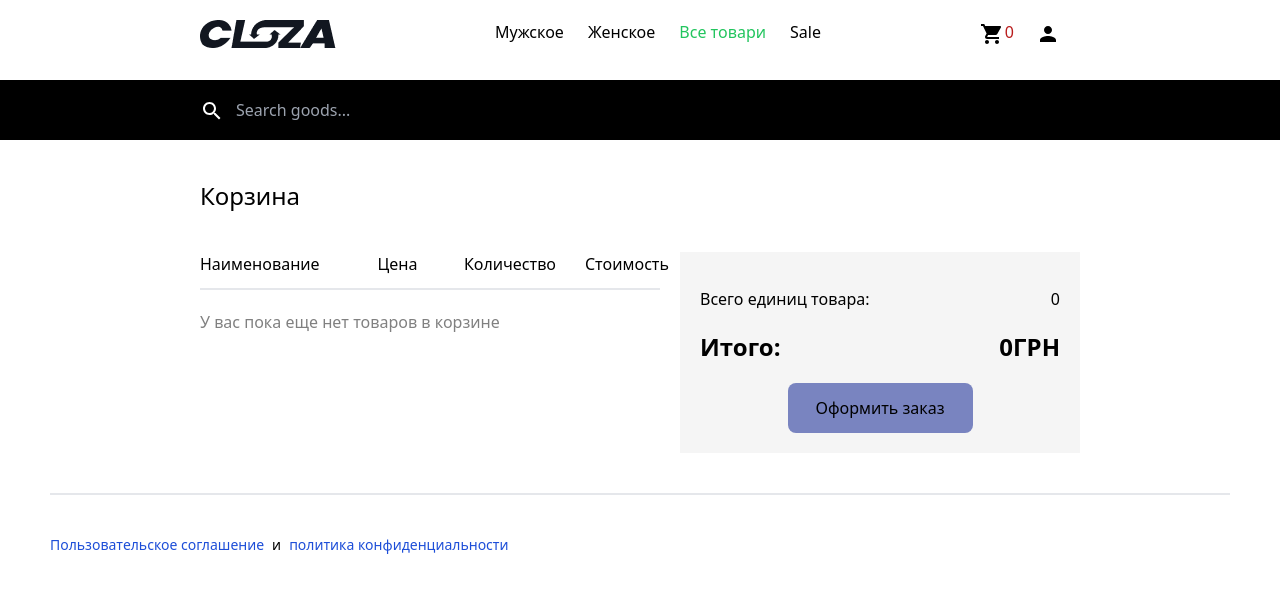
Repository: Ivan-Dovgoniuk/clothes-shop-front-end
Page: /cart
The author's editor kept a copy of each file at every save. The page is drawn from the files as they stood at one save, then again after the next save.
The browser window is 1280 px wide. The pictures show the whole page.
The page's requests for data from a server got no answer. The project was rebuilt for these pictures with package versions that can differ from the ones it lists, and the page was loaded fresh each time. No one was signed in, and anything a server would have sent is missing. Also part of the build but not shown: src/hooks/checkProductStatus.hook.ts, src/hooks/productStatusEditor.hook.ts, src/Components/ProductItem/ProductItem.tsx, src/Pages/ProductPage/components/Products/Products.tsx, src/Pages/CategoriesPage/components/ResetButton/ResetButton.tsx, src/Pages/CategoriesPage/components/SideBarFilters/Filters/CategoryFilter.tsx, src/Pages/CategoriesPage/components/SideBarFilters/Filters/ColorFilter.tsx, src/Pages/CategoriesPage/components/SideBarFilters/Filters/PriceFilter.tsx and 22 more.

Above is the page before, as saved 2023-01-18 21:50:31.

### src/App.tsx
import Footer from './Components/Footer/Footer';
import Header from './Components/Header/Header';
import Categories from './Pages/CategoriesPage/Categories';
import Home from './Pages/HomePage/Home';
import ProductPage from './Pages/ProductPage/ProductPage';
import Cart from './Pages/CartPage/Cart'

import { Routes, Route } from 'react-router-dom';
import AddProductPage from './Pages/AddProductPage/AddProductPage';
import { useEffect} from 'react';
import { useDispatch, useSelector } from 'react-redux';
import { AppDispatch, RootState } from './store';
import { getUser } from './slices/userSlice';
import { useAddFullCartMutation} from './api/userApi';
import { AuthController } from './HOC/AuthController';
import FavoriteProducts from './Pages/FavoriteProductsPage/FavoriteProducts';



function App() {

    const auth = useSelector((state:RootState)=>state.user.auth)
    const dispatch = useDispatch<AppDispatch>();
    const cart = useSelector((state:RootState)=>state.user.cart)

    const [addFullCart] = useAddFullCartMutation()


    useEffect(()=>{
      if(auth){
        dispatch(getUser())
        if(cart.length !==0){
          addFullCart({products_id:cart})
        }
      }
    },[auth])

  return (
    <>
      <Header/>
      <Routes>
        <Route path='/' element={<Home/>}/>
        <Route path='/categories' element={<Categories/>}/>
        <Route path='/product/:id' element={<ProductPage/>}/>
        <Route path='/cart' element={

                  <AuthController>
                      <Cart/>
                  </AuthController>
        }/>
        <Route path='/addproduct' element={<AddProductPage/>}/>
        <Route path='/favorite' element={<FavoriteProducts/>}/>
      </Routes>
      <Footer/>
    </>

  );
}

export default App;

### src/store/index.ts
import { configureStore } from '@reduxjs/toolkit';
import  products  from '../slices/productsSlice';
import  user  from '../slices/userSlice';
import { productsApi } from '../api/productsApi';
import { userApi } from '../api/userApi';

export type RootState = ReturnType<typeof store.getState>
export type AppDispatch = typeof store.dispatch

const store = configureStore({
    reducer: {products,user,[productsApi.reducerPath]: productsApi.reducer,[userApi.reducerPath]: userApi.reducer},
    middleware: getDefaultMiddleware => getDefaultMiddleware().concat(productsApi.middleware).concat(userApi.middleware),
})
export default store;

### src/Components/Footer/Footer.tsx
import React from 'react'
import { Link } from 'react-router-dom'

export default function Footer() {
  return (
    <div className='container'>
        <p className='mt-10 border-t-2 pt-10 text-xs sm:text-sm mb-10'>
            <span className='mr-2  text-blue-700'>
                <Link to="">
                    Пользовательское соглашение
                </Link>
            </span>
            <span>
                и
                <Link to="" className='ml-2 text-blue-700' >
                  политика конфиденциальности
                </Link>
            </span>
        </p>
    </div>
  )
}

### src/Pages/CartPage/Cart.tsx
import React, { useEffect, useState } from 'react'
import { useSelector } from 'react-redux'
import BreadCrumbs from '../../Components/BreadCrumbs/BreadCrumbs'
import CartItem from './components/CartItem/CartItem'
import { RootState } from '../../store'

export default function Cart() {

    const cart = useSelector((state:RootState)=> state.user.cart)
    const [numberOfProducts,setNumberOfProducts] = useState<number>(0)
    const [totalPrice,setTotalPrice] = useState<number>(0)

    useEffect(()=>{
        setNumberOfProducts(cart.length)
    },[cart.length])


  return (
    <>
        <section className='container lg:px-[200px] mt-10'>
            <div>
                <h2 className='font-normal text-2xl mb-10'>
                    Корзина
                </h2>
            </div>
           <div className="flex flex-col lg:flex-row lg:justify-between gap-5">
                <div className='w-full'>
                    <div className="hidden lg:flex border-b-2 justify-between mb-5 pb-3">
                        <p className='max-w-[325px] w-full'>Наименование</p>
                        <p className='max-w-[75px] w-full text-center'>Цена</p>
                        <p className='max-w-[150px] w-full text-center'>Количество</p>
                        <p className='max-w-[75px] w-full text-center'>Стоимость</p>
                    </div>
                    <div>
                        {
                          cart.length ? cart.map((id)=>{
                                if(id){
                                    return <CartItem key={id}
                                                     setNumberOfProducts={setNumberOfProducts}
                                                     product_id={id}
                                                     setTotalPrice={setTotalPrice}
                                                     totalPrice={totalPrice}
                                                     />
                                }
                            })
                            :
                            <p style={{color:'grey'}}>У вас пока еще нет товаров в корзине</p>
                        }
                    </div>
                </div>
                <div className="flex flex-col gap-5 max-w-[400px] w-full pt-[35px] px-5 bg-[WhiteSmoke]">
                    <div className="flex justify-between">
                        <p>Всего единиц товара:</p>
                        <p>{numberOfProducts}</p>
                    </div>
                    <div className="flex justify-between font-bold text-2xl">
                        <p>Итого:</p>
                        <p>{totalPrice}ГРН</p>
                    </div>
                    <div className="flex justify-center mb-5">
                        <button className='w-[185px] h-[50px] bg-[#7984C0] rounded-lg'>
                            Оформить заказ
                        </button>
                    </div>
                </div>
           </div>
        </section>
    </>

  )
}

### src/api/userApi.tsx
import { createApi, fetchBaseQuery } from '@reduxjs/toolkit/query/react'

export const userApi = createApi({
  reducerPath: 'userApi',
  baseQuery: fetchBaseQuery({ baseUrl: 'http://localhost:5000/' }),
  endpoints: (builder) => ({
    sendToCart: builder.mutation({
      query: (body) => ({
        url: '/addToCart',
        method: 'POST',
        body,
        headers:{
          'Content-Type':'application/json',
          "Authorization":`Bearer ${localStorage.getItem('token')}`
        },
      }),
  }),
  deleteFromCart: builder.mutation({
    query: (body) => ({
      url: '/removeFromCart',
      method: 'POST',
      body,
      headers:{
        'Content-Type':'application/json',
        "Authorization":`Bearer ${localStorage.getItem('token')}`
      },
    }),
  }),
  removeFullCart: builder.mutation({
    query: (body) => ({
      url: '/removeFullCart',
      method: 'POST',
      body,
      headers:{
        'Content-Type':'application/json',
        "Authorization":`Bearer ${localStorage.getItem('token')}`
      },
    }),
  }),
  addFullCart: builder.mutation({
    query: (body) => ({
      url: '/addFullCart',
      method: 'POST',
      body,
      headers:{
        'Content-Type':'application/json',
        "Authorization":`Bearer ${localStorage.getItem('token')}`
      },
    }),
  }),
  addToFavoriteProducts: builder.mutation({
    query: (body) => ({
      url: '/addFavoriteProduct',
      method: 'POST',
      body,
      headers:{
        'Content-Type':'application/json',
        "Authorization":`Bearer ${localStorage.getItem('token')}`
      },
    }),
  }),
  deleteFromFavoriteProducts: builder.mutation({
    query: (body) => ({
      url: '/removeFromFavorite',
      method: 'POST',
      body,
      headers:{
        'Content-Type':'application/json',
        "Authorization":`Bearer ${localStorage.getItem('token')}`
      },
    }),
  }),
  getFavorite: builder.query<any,{products_id:string[]}>({
    query: (arg) => ({
      url:`/getFavorite?products_id=${arg.products_id}`,
      headers:{
        'Content-Type':'application/json',
        "Authorization":`Bearer ${localStorage.getItem('token')}`
      }
    })
  })
})
})
export const {
  useSendToCartMutation,
  useDeleteFromCartMutation,
  useAddFullCartMutation,
  useRemoveFullCartMutation,
  useAddToFavoriteProductsMutation,
  useDeleteFromFavoriteProductsMutation,
  useGetFavoriteQuery
} = userApi;

### src/HOC/AuthController.tsx
import {FC, ReactNode} from 'react'
import { useSelector } from 'react-redux'
import { Navigate} from 'react-router-dom'
import { RootState } from '../store'

type AuthControllerProps = {
    children:ReactNode
}

export const AuthController:FC<AuthControllerProps> = ({children}) => {

    const auth = useSelector((state:RootState)=>state.user.auth)

    if(!auth){
        return <Navigate to='/'/>
    }

    return <>{children}</>
}

### src/slices/productsSlice.ts

import {createSlice} from "@reduxjs/toolkit";

type InitialState ={
    gender:string,
    sale:boolean
    searchField:string,
    category:string
}

 const initialState:InitialState = {
    gender:'',
    sale:false,
    searchField:'',
    category:''
}

const productsSlice = createSlice({
    name: 'products',
    initialState,
    reducers: {
        selectGender:(state,action:{payload:string})=>{
            state.gender = action.payload;
       },
       selectSale:(state,action:{payload:boolean})=>{
        state.sale = action.payload;
       },
       setSearchFieldGlobalState:(state,action:{payload:string})=>{
        state.searchField = action.payload;
       },
       setCategoryGlobalState:(state,action:{payload:string})=>{
        state.category = action.payload;
       },

    }
});

const {actions,reducer} = productsSlice;

export default reducer;
export const {
selectGender,
selectSale,
setSearchFieldGlobalState,
setCategoryGlobalState
 } = actions;

### src/api/productsApi.tsx
import { createApi, fetchBaseQuery } from '@reduxjs/toolkit/query/react'

export const productsApi = createApi({
  reducerPath: 'productsApi',
  baseQuery: fetchBaseQuery({ baseUrl: 'http://localhost:5000/' }),
  endpoints: (builder) => ({
    getProducts: builder.query<any,{limit?:Number,page?:Number,gender?:String,size?:String[],color?:String,categoryQuery?:string,price?:Number[],isNewProduct?:Boolean,sale?:Boolean,searchField?:string}>({
      query: (arg) => `getProducts?limit=${arg.limit}&page=${arg.page}&gender=${arg.gender}&size=${arg.size}&color=${arg.color}&category=${arg.categoryQuery}&price=${arg.price}&isNewProduct=${arg.isNewProduct}&sale=${arg.sale}&searchField=${arg.searchField}`
    }),
    getProduct: builder.query({
      query: (id) => `getProduct/${id}`
    }),
    getProductBySearchField: builder.query<any,{searchField:string}>({
      query: (arg) => `getProductBySearchField?searchField=${arg.searchField}`
    }),
    addProduct: builder.mutation({
      query: (body) => ({
        url: '/addProduct',
        method: 'POST',
        body,
        headers: {
        },
      }),
  }),
})
})
export const {
  useGetProductsQuery,
  useAddProductMutation,
  useGetProductQuery,
  useGetProductBySearchFieldQuery
} = productsApi;

### src/Components/UserAccountMenu/UserAccounMenu.tsx
import React from 'react';
import { useDispatch } from 'react-redux';
import {Link} from 'react-router-dom'

import { logOut } from '../../slices/userSlice';

import Button from '@mui/material/Button';
import Menu from '@mui/material/Menu';
import MenuItem from '@mui/material/MenuItem';
import PersonIcon from '@mui/icons-material/Person';

export default function UserAccountMenu() {

  const dispatch = useDispatch()

  const [anchorEl, setAnchorEl] = React.useState<null | HTMLElement>(null);
  const open = Boolean(anchorEl);

  const handleClick = (event: React.MouseEvent<HTMLButtonElement>) => {
    setAnchorEl(event.currentTarget);
  };
  const handleClose = () => {
    setAnchorEl(null);
  };

  const onLogOut =()=> {
    dispatch(logOut())
  }

  return (
    <div>
      <Button
        id="basic-button"
        style={{padding:0}}
        aria-controls={open ? 'basic-menu' : undefined}
        aria-haspopup="true"
        aria-expanded={open ? 'true' : undefined}
        onClick={handleClick}
      >
        <PersonIcon sx={{ color: "black" }}/>
      </Button>
      <Menu
        id="basic-menu"
        anchorEl={anchorEl}
        open={open}
        onClose={handleClose}
        MenuListProps={{
          'aria-labelledby': 'basic-button',
        }}
      >
        <MenuItem onClick={handleClose}>My orders</MenuItem>
        <MenuItem onClick={handleClose}><Link to="/addproduct">Add product</Link></MenuItem>
        <MenuItem onClick={handleClose}><Link to="/favorite">My favorite products</Link></MenuItem>
        <MenuItem onClick={()=>{handleClose();onLogOut()}}>Logout</MenuItem>
      </Menu>
    </div>
  );
}

### src/Components/BurgerMenu/BurgerMenu.tsx
import { Toolbar } from '@mui/material'
import IconButton from '@mui/material/IconButton';
import MenuIcon from '@mui/icons-material/Menu';
import Menu from '@mui/material/Menu';
import MenuItem from '@mui/material/MenuItem';
import React, { useState } from 'react'
import { useDispatch, useSelector } from 'react-redux';
import { RootState } from '../../store';
import { Link } from 'react-router-dom';
import { useHeaderFilters } from '../../hooks/headerFilters.hook';

export default function BurgerMenu() {


const [anchorEl, setAnchorEl] = React.useState<null | HTMLElement>(null);
  const open = Boolean(anchorEl);
  const handleClick = (event: React.MouseEvent<HTMLButtonElement>) => {
    setAnchorEl(event.currentTarget);
  };
  const handleClose = () => {
    setAnchorEl(null);
  };

    const sale = useSelector((state:RootState) => state.products.sale)

    const {onSale,onGender,onAllProducts}=useHeaderFilters(sale)

  return (
    <>
        <Toolbar sx={{padding:'0',maxWidth:'50px',width:100,display:"flex",justifyContent:"center",alignItems:'center',minHeight:0}}>
            <IconButton
                size="large"
                edge="start"
                color="inherit"
                aria-label="menu"
                sx={{ mr: 2,p:0 }}
                onClick={handleClick}
            >
                <MenuIcon />
            </IconButton>
        </Toolbar>
        <Menu
            id="basic-menu"
            anchorEl={anchorEl}
            open={open}
            onClose={handleClose}
            MenuListProps={{
            'aria-labelledby': 'basic-button',
            }}
        >
            <MenuItem onClick={handleClose}>

                        <Link to="/categories" onClick={(e)=>onGender(e.currentTarget.innerText)}>
                            Мужское
                        </Link>

            </MenuItem>
            <MenuItem onClick={handleClose}>

                        <Link to="/categories" onClick={(e)=>onGender(e.currentTarget.innerText)}>
                            Женское
                        </Link>

            </MenuItem>
            <MenuItem onClick={handleClose}>

                        <Link to="/categories" onClick={onAllProducts}>
                            Все товари
                        </Link>

            </MenuItem>
            <MenuItem onClick={handleClose}>

                        <Link to='/categories' className='text-red-700' onClick={onSale}>
                            Sale
                        </Link>

            </MenuItem>
        </Menu>
    </>



  )
}

### src/Components/Search/Search.tsx
import React, { FC, useEffect, useState } from 'react'
import SearchIcon from '@mui/icons-material/Search';
import { Link,useNavigate } from 'react-router-dom';
import { useGetProductBySearchFieldQuery } from '../../api/productsApi';
import { useDispatch } from 'react-redux';
import { setSearchFieldGlobalState } from '../../slices/productsSlice';


type SearchProps = {
  searchField:string,
  setSearchField:React.Dispatch<React.SetStateAction<string>>
}

type SearchItem = {
  name:string,
  _id:string
}

export const Search:FC<SearchProps> = ({searchField,setSearchField})=>{

  const dispatch = useDispatch();
  const navigate = useNavigate();

  const [searchWindowVisibility,setSearchWindowVisibility] = useState<boolean>(true)

  const {data=[],error,isLoading} = useGetProductBySearchFieldQuery({searchField})

  const closeSearchWindow = ()=>{
    document.body.addEventListener('click',(e)=>{
        const element = e.target as HTMLElement
        if(element.tagName !== 'INPUT'){
          setSearchWindowVisibility(false)
        }
    })
  }
  useEffect(()=>{
    closeSearchWindow()
  },[])

  const onSearchButton = (e:React.MouseEvent) =>{
    e.preventDefault()
    if(searchField){
      dispatch(setSearchFieldGlobalState(searchField))
      navigate('/categories')
    }else alert('Введите поисковий запрос')
  }

  return (
    <div className={"h-[60px] w-full bg-black flex items-center"}>
        <div className="container lg:px-[200px]">
            <form className={"flex items-center relative"}>
                <button className={"mr-3"} type="submit" onClick={(e)=>{onSearchButton(e)}}>
                    <SearchIcon sx={{color:"white"}}/>
                </button>
                <input type="text"
                       value = {searchField}
                       className={"bg-black w-full text-white"}
                       placeholder="Search goods..."
                       onChange={(e)=>setSearchField(e.currentTarget.value)} onFocus={(e)=>setSearchWindowVisibility(true)}/>
                { searchField.length>2 &&
                <div className={`${!searchWindowVisibility && 'hidden' } flex-col absolute w-[500px] max-h-[250px] bg-white text-black top-11 left-9 z-20 overflow-auto`}>
                  <ul>
                  { data.map((item:SearchItem)=>{
                      return(
                        <Link to={`product/${item._id}`} key={item._id}>
                          <li className='hover:bg-gray-200 p-2'>
                              {item.name}
                          </li>
                        </Link>
                      )
                    })
                  }
                  </ul>
                </div>
                }
            </form>
        </div>
    </div>
  )
}

### src/hooks/productsSelector.hook.ts
import { useSelector } from "react-redux"
import { RootState } from "../store"


export const useProductsSelector = ()=>{
    return useSelector((state:RootState)=>state.products)

}

### src/hooks/userSelector.hook.ts
import { useSelector } from "react-redux"
import { RootState } from "../store"


export const useUserSelector = ()=>{
    return useSelector((state:RootState)=>state.user)

}

### src/hooks/headerFilters.hook.ts
import { useDispatch } from "react-redux"
import { selectGender, selectSale } from "../slices/productsSlice"

export const useHeaderFilters=(sale:boolean)=>{

    const dispatch = useDispatch()

    const onGender = (gender:string)=>{
        console.log(gender)
        if(gender == 'Мужское')
        dispatch(selectGender('male'))
        else
        dispatch(selectGender('female'))
    }
    const onSale = ()=>{
        dispatch(selectSale(!sale))
    }
    const onAllProducts =()=>{
        dispatch(selectGender(''))
    }

    return {onGender,onSale,onAllProducts}
}

### src/hooks/http.hook.ts
const clientURL = process.env.NODE_ENV === 'development' ? process.env.REACT_APP_DEV_CLIENT_URL : process.env.REACT_APP_PRO_CLIENT__URL

export const useHttp = () => {

    const request = async (url:string, method = 'GET', body:BodyInit | null | undefined = null, headers:HeadersInit = {'Content-Type': 'application/json'}) => {

        try {
            const response = await fetch(url, {method, body, headers});
            if (!response.ok) {
                const error = await response.json();
                alert(error.message)
                if(error.redirect){
                    window.location.assign(`${clientURL}/login`);
                    localStorage.removeItem('token')
                }
            }
            const data = await response.json();
            return data;
        } catch(e) {
            throw e;
        }
    };

    return {request}
}

### src/Components/LoginForm/LoginForm.tsx
import React, { FC, useEffect, useState } from 'react'
import { Link, redirect } from 'react-router-dom';
import { useDispatch} from 'react-redux';

import { AppDispatch} from '../../store';
import { loginUser } from '../../slices/userSlice';

import { useUserSelector } from '../../hooks/userSelector.hook';

import ClearIcon from '@mui/icons-material/Clear';

type LoginFormProps ={
    showLoginForm:boolean
    onCloseForm:Function
    onShowRegistrationForm:Function
    showRegistrationForm:boolean
}

export const LoginForm:FC<LoginFormProps> = ({showLoginForm,onCloseForm,onShowRegistrationForm,showRegistrationForm}) => {

    const auth = useUserSelector()

    const [email,setEmail] = useState<string>('')
    const [password,setPassword] = useState<string>('')

    const dispatch = useDispatch<AppDispatch>();

    const onLogin = (e:React.MouseEvent)=>{
            e.preventDefault()
            if(password){
                dispatch(loginUser({email,password}))
            }else alert('Введите пароль')
    }

    useEffect(()=>{
            setEmail('')
            setPassword('')
            onCloseForm()
            redirect('/')
    },[auth])


  return (
    <div className={`${!showLoginForm || showRegistrationForm ? 'hidden' : ''}`}>
        <div className='fixed z-20 w-full h-full bg-[Silver] opacity-50'>
       </div>
        <form className='max-w-[560px] w-full min-h-[500px] bg-white fixed z-30 top-[-10%] left-[50%] translate-x-[-50%] translate-y-[50%] rounded-2xl p-3'>
            <div className='flex flex-col'>
                <div className="flex justify-center w-full relative">
                    <p className='font-bold text-2xl'>Вход</p>
                    <div className='absolute right-2 top-1 cursor-pointer' onClick={()=>onCloseForm()}>
                        <ClearIcon/>
                    </div>
                </div>
            </div>
            <div className='flex flex-col gap-2 p-3'>
                <label htmlFor="email">
                    E-mail
                </label>
                <input type="email"
                       name="email"
                       placeholder='E-mail'
                       value={email}
                       className='border-2 rounded-lg min-h-[50px] pl-3'
                       onChange={(e)=>setEmail(e.currentTarget.value)}/>
            </div>
            <div className='flex flex-col gap-2 p-3'>
                <label htmlFor="password">
                    Пароль
                </label>
                <input type="password"
                       name="password"
                       placeholder='Пароль'
                       value={password}
                       className='border-2 rounded-lg min-h-[50px] pl-3'
                       onChange={(e)=>setPassword(e.currentTarget.value)}/>
            </div>
            <div className="flex justify-center mb-5">
                <button className='w-[185px] h-[50px] bg-[#7984C0] rounded-lg'
                        onClick={(e)=>onLogin(e)}>
                   Войти
                </button>
            </div>
            <div className='flex justify-center'>
                <p className='text-sm font-thin whitespace-nowrap'><span>У вас еще нет аккаунта?</span><Link to="" onClick={()=>onShowRegistrationForm()} className='text-[blue]'> Пройдите процесс регистрации</Link></p>
            </div>
        </form>
    </div>

  )
}

Loaded but not shown: public/index.html (common file); src/index.tsx (common file); src/index.css (common file); tailwind.config.js (21 lines, source omitted); src/Components/RegistrationForm/RegistrationForm.tsx (120 lines, source omitted); src/slices/userSlice.ts (136 lines, source omitted); src/Components/Header/Header.tsx (90 lines, source omitted)

After the next save:
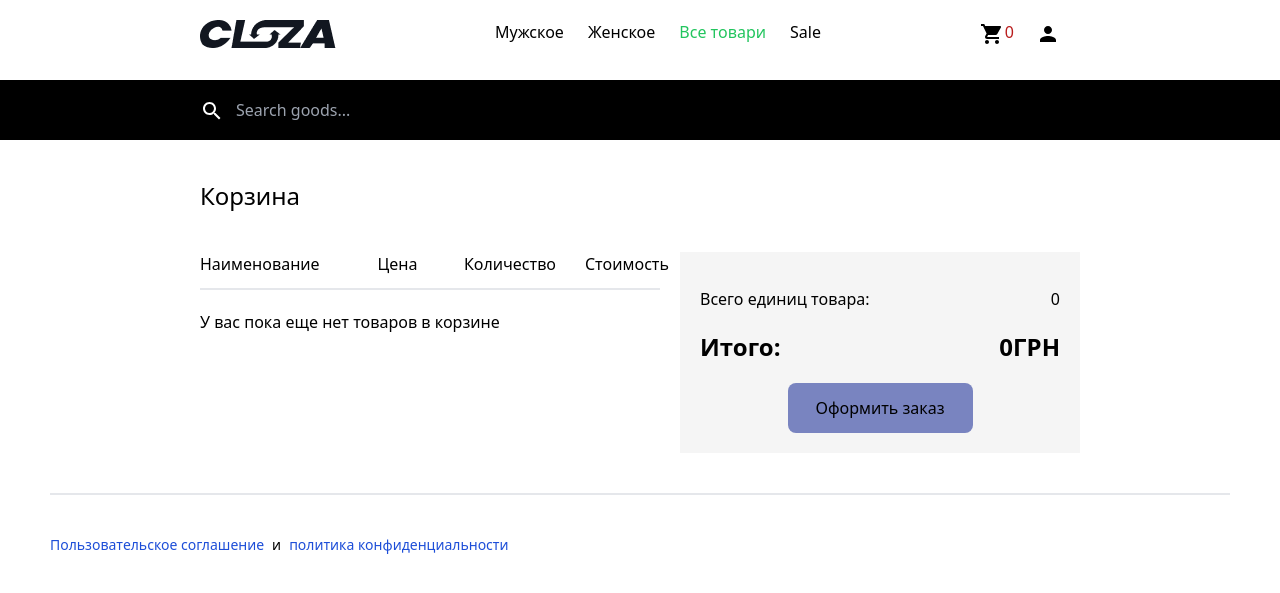
Saved 117 s later.
--- a/src/Pages/CartPage/Cart.tsx
+++ b/src/Pages/CartPage/Cart.tsx
@@ -44,7 +44,7 @@ export default function Cart() {
                                 }
                             })
                             :
-                            <p style={{color:'grey'}}>У вас пока еще нет товаров в корзине</p>
+                            <p className={"text-grey"}>У вас пока еще нет товаров в корзине</p>
                         }
                     </div>
                 </div>
